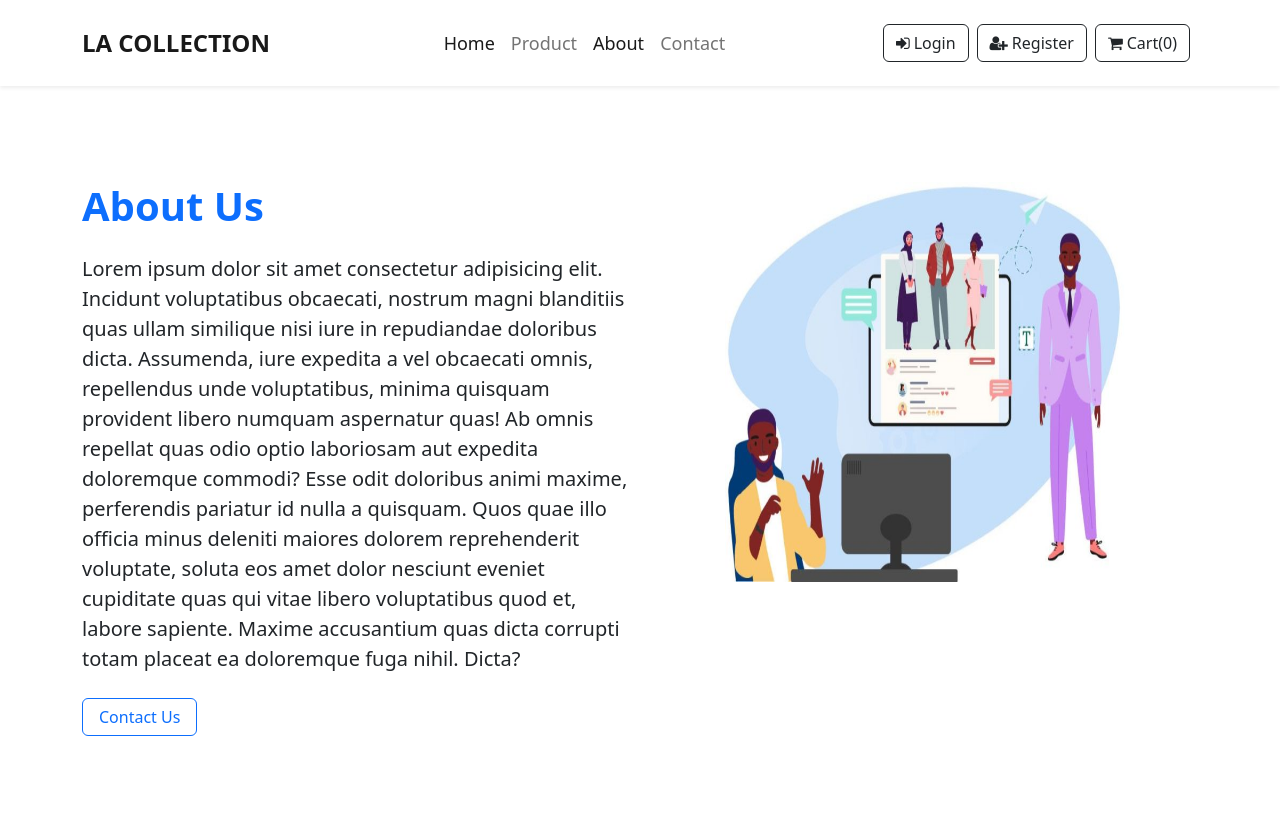
Repository: tiendungjr123/Ecommerce
Page: /about
An editor plug-in stored every save of this project. The page is shown before and after the next save, followed by the edit.
The browser window is 1280 px wide. The pictures show the whole page.
The project was rebuilt for these pictures with package versions that can differ from the ones it lists, and the page was loaded fresh each time. Also part of the build but not shown: src/components/Products.jsx, src/components/Home.jsx, src/redux/action/index.js, src/components/ProductDetail.jsx, src/components/Contact.jsx, src/components/Cart.jsx, src/components/Checkout.jsx.

Above is the page before, as saved 2022-10-04 13:30:51.

### src/index.js
import React from 'react';
import ReactDOM from 'react-dom/client';
import './index.css';
import App from './App';
import '../node_modules/bootstrap/dist/css/bootstrap.min.css';
import '../node_modules/font-awesome/css/font-awesome.min.css';
import 'react-loading-skeleton/dist/skeleton.css'
import { BrowserRouter } from 'react-router-dom';
import store from './redux/store';
import { Provider } from 'react-redux';
const root = ReactDOM.createRoot(document.getElementById('root'));
root.render(
   <BrowserRouter>
      <Provider store={store}>
         <App />
      </Provider>
   </BrowserRouter>
);

### src/index.css
body {
   margin: 0;
   font-family: -apple-system, BlinkMacSystemFont, "Segoe UI", "Roboto", "Oxygen", "Ubuntu", "Cantarell", "Fira Sans",
      "Droid Sans", "Helvetica Neue", sans-serif;
   -webkit-font-smoothing: antialiased;
   -moz-osx-font-smoothing: grayscale;
}

code {
   font-family: source-code-pro, Menlo, Monaco, Consolas, "Courier New", monospace;
}

### src/App.js
import './App.css';
import Home from './components/Home';
import Navbar from './components/Navbar';
import {Route,  Routes} from 'react-router-dom';
import Products from './components/Products';
import ProductDetail from './components/ProductDetail';
import About from './components/About';
import Contact from './components/Contact';
import Cart from './components/Cart';
import Checkout from './components/Checkout';
function App() {
   return (
      <>
         <Navbar/>
         <Routes>
            <Route exact path='/' element={<Home/>}/>
            <Route exact path='/products' element={<Products/>}/>
            <Route exact path='/products/:id' element={<ProductDetail/>}/>
            <Route exact path='/about' element={<About/>}/>
            <Route exact path='/contact' element={<Contact/>}/>
            <Route exact path='/cart' element={<Cart/>}/>
            <Route exact path='/checkout' element={<Checkout/>}/>
         </Routes>
      </>
   );
}

export default App;

### src/redux/store.js
import { createStore } from "redux";
import rootReducers from "./reducer";
const store = createStore(rootReducers);

export default store;

### src/App.css
/* Navbar css */

.navbar-nav a{
   font-size: 18px;
}

/* Card css*/

.card{
   transition: all 0.5s ease;
}

.card:hover{
   transform: scale(1);
   box-shadow: 5px 5px 10px rgba(0, 0, 0, 0.5);
}

/* Product detail */
.img-detail{
   transition: all 0.5s ease;
}
.img-detail:hover{
   transform: scale(1.1);
   box-shadow: 5px 5px 10px rgba(0, 0, 0, 0.5);
}

### src/components/Navbar.jsx
import React from 'react';
import { NavLink } from 'react-router-dom';
import { useSelector } from 'react-redux';
const Navbar = () => {
   const state = useSelector((state) => state.handleCart);
   return (
      <div>
         <nav className="navbar navbar-expand-lg bg-white py-3 shadow-sm">
            <div className="container">
               <NavLink className="navbar-brand fw-bold fs-4" to="/">LA COLLECTION</NavLink>
               <button className="navbar-toggler" type="button" data-bs-toggle="collapse" data-bs-target="#navbarSupportedContent" aria-controls="navbarSupportedContent" aria-expanded="false" aria-label="Toggle navigation">
                  <span className="navbar-toggler-icon"></span>
               </button>
               <div className="collapse navbar-collapse" id="navbarSupportedContent">
                  <ul className="navbar-nav mx-auto mb-2 mb-lg-0">
                     <li className="nav-item">
                        <NavLink className="nav-link active" aria-current="page" to="/">Home</NavLink>
                     </li>
                     <li className="nav-item">
                        <NavLink className="nav-link" to="/products">Product</NavLink>
                     </li>
                     <li className="nav-item">
                        <NavLink className="nav-link" to="/about">About</NavLink>
                     </li>
                     <li className="nav-item">
                        <NavLink className="nav-link" to="/contact">Contact</NavLink>
                     </li>
                  </ul>
                  <div className="buttons ">
                     <NavLink to="/login" className='btn btn-outline-dark'>
                        <i className='fa fa-sign-in me-1'></i>Login
                     </NavLink>
                     <NavLink to="/register" className='btn btn-outline-dark ms-2'>
                        <i className='fa fa-user-plus me-1'></i>Register
                     </NavLink>
                     <NavLink to="/cart" className='btn btn-outline-dark m-2'>
                        <i className='fa fa-shopping-cart me-1'></i>Cart({state.length})
                     </NavLink>
                  </div>
               </div>
            </div>
         </nav>
      </div>
   );
}

export default Navbar;

### src/components/About.jsx
import React from 'react';
import { NavLink } from 'react-router-dom';

const About = () => {
   return (
      <div>
         <div className="container my-5 py-5">
            <div className="row">
               <div className="col-md-6">
                  <h1 className='text-primary fw-bold mb-4'>About Us</h1>
                  <p className='lead mb-4'>Lorem ipsum dolor sit amet consectetur adipisicing elit. Incidunt voluptatibus obcaecati, nostrum magni blanditiis quas ullam similique nisi iure in repudiandae doloribus dicta. Assumenda, iure expedita a vel obcaecati omnis, repellendus unde voluptatibus, minima quisquam provident libero numquam aspernatur quas! Ab omnis repellat quas odio optio laboriosam aut expedita doloremque commodi? Esse odit doloribus animi maxime, perferendis pariatur id nulla a quisquam. Quos quae illo officia minus deleniti maiores dolorem reprehenderit voluptate, soluta eos amet dolor nesciunt eveniet cupiditate quas qui vitae libero voluptatibus quod et, labore sapiente. Maxime accusantium quas dicta corrupti totam placeat ea doloremque fuga nihil. Dicta?</p>
                  <NavLink to='/contact' className='btn btn-outline-primary px-3'>Contact Us</NavLink>
               </div>
               <div className="col-md-6 d-flex justify-content-center">
                  <img src="/assets/about.jpg" alt="About Us" height="400px" width="400px" />
               </div>
            </div>
         </div>
      </div>
   );
}

export default About;

### src/redux/reducer/index.js
import handleCart from "./handleCart";
import { combineReducers } from "redux";

const rootReducers =  combineReducers({
   handleCart,
})

export default rootReducers;

### src/redux/reducer/handleCart.js
const cart = [];

const handleCart = (state = cart, action) => {
   const product = action.payload;
   switch (action.type) {
      case 'cart/addProduct':
         const exits = state.find((x) => x.id === product.id);
         if (exits) {
            return state.map((x) => x.id === product.id ? { ...x, qty: x.qty + 1 } : x)
         }else{
            const product = action.payload;
            return [
               ...state,
               {
                  ...product,
                  qty: 1,
               }
            ]
         }
         break;
      case 'cart/deleteProduct':
         const exits1 = state.find((x) => x.id === product.id);
         if(exits1.qty === 1){
            return state.filter((x) => x.id !== exits1.id)
         }
         else{
            return state.map((x) =>
               x.id === product.id ? {...x, qty: x.qty-1}:x
            );
         }
         break;
      default:
         return state;
   }
}

export default handleCart;

Loaded but not shown: public/index.html (common file)

After the next save:
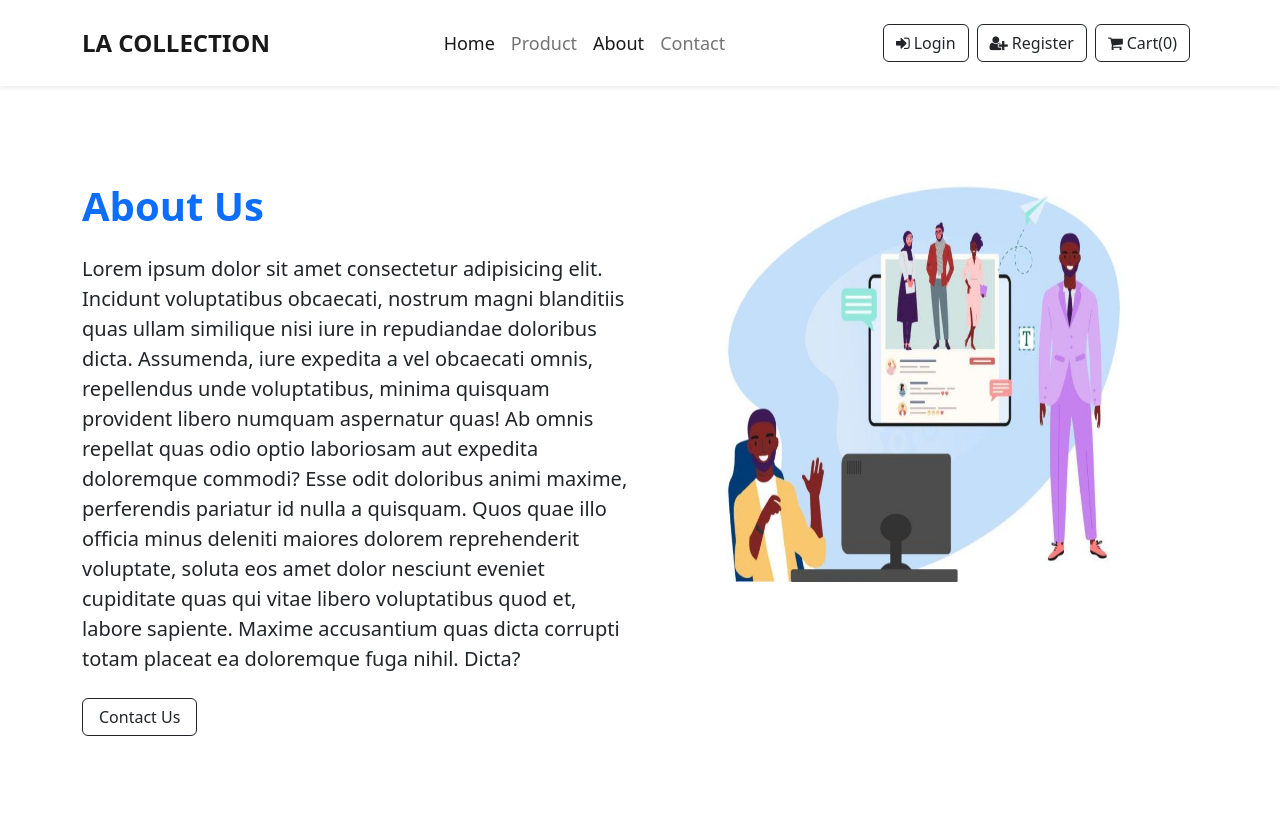
Saved 3 min 34 s later.
--- a/src/components/About.jsx
+++ b/src/components/About.jsx
@@ -9,7 +9,7 @@ const About = () => {
                <div className="col-md-6">
                   <h1 className='text-primary fw-bold mb-4'>About Us</h1>
                   <p className='lead mb-4'>Lorem ipsum dolor sit amet consectetur adipisicing elit. Incidunt voluptatibus obcaecati, nostrum magni blanditiis quas ullam similique nisi iure in repudiandae doloribus dicta. Assumenda, iure expedita a vel obcaecati omnis, repellendus unde voluptatibus, minima quisquam provident libero numquam aspernatur quas! Ab omnis repellat quas odio optio laboriosam aut expedita doloremque commodi? Esse odit doloribus animi maxime, perferendis pariatur id nulla a quisquam. Quos quae illo officia minus deleniti maiores dolorem reprehenderit voluptate, soluta eos amet dolor nesciunt eveniet cupiditate quas qui vitae libero voluptatibus quod et, labore sapiente. Maxime accusantium quas dicta corrupti totam placeat ea doloremque fuga nihil. Dicta?</p>
-                  <NavLink to='/contact' className='btn btn-outline-primary px-3'>Contact Us</NavLink>
+                  <NavLink to='/contact' className='btn btn-outline-dark px-3'>Contact Us</NavLink>
                </div>
                <div className="col-md-6 d-flex justify-content-center">
                   <img src="/assets/about.jpg" alt="About Us" height="400px" width="400px" />
